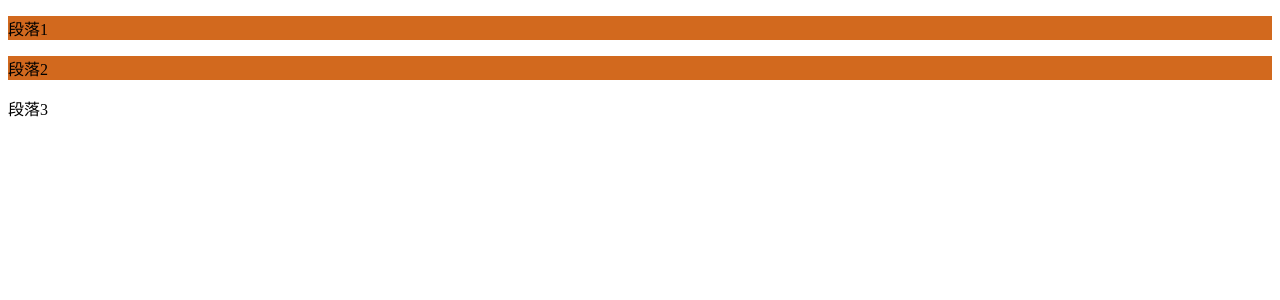
Repository: lqcoffical/basic-frontCode
Page: democss/后代选择器.html
An editor plug-in stored every save of this project. The page is shown before and after the next save, followed by the edit.
The browser window is 1280 px wide. The pictures show the whole page.

Above is the page before, as saved 2019-10-22 21:23:34.

### democss/后代选择器.html
<!DOCTYPE html>
<html lang="en">
<head>
    <meta charset="UTF-8">
    <meta name="viewport" content="width=device-width, initial-scale=1.0">
    <meta http-equiv="X-UA-Compatible" content="ie=edge">
    <title>Document</title>
    <!-- 只想把段落1和段落2设置成同一样式 -->
    <style>
        #d1 p{
            background: chocolate;
        }
    </style>
</head>
<body>
    <div id="d1">
        <p>段落1</p>
        <div>
            <p>段落2</p>
        </div>
    </div>
    <p>段落3</p>
</body>
</html>

After the next save:
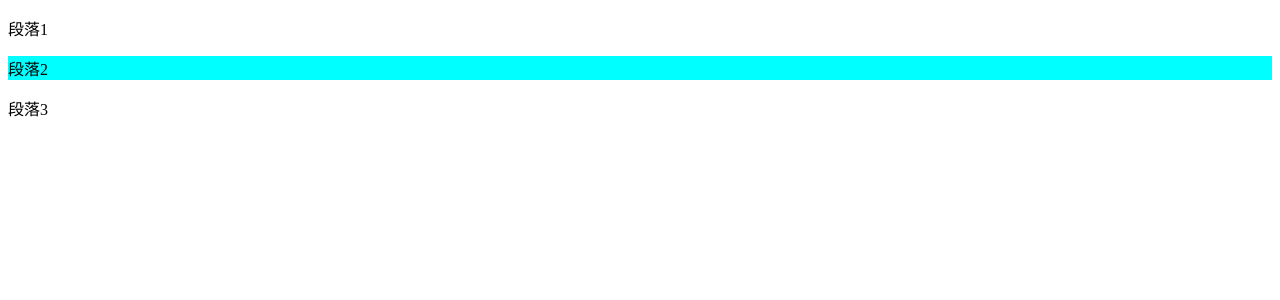
Saved 3 min 28 s later.
--- a/democss/后代选择器.html
+++ b/democss/后代选择器.html
@@ -6,9 +6,15 @@
     <meta http-equiv="X-UA-Compatible" content="ie=edge">
     <title>Document</title>
     <!-- 只想把段落1和段落2设置成同一样式 -->
-    <style>
+    <!-- <style>
         #d1 p{
             background: chocolate;
+        }
+    </style> -->
+    <!-- 只想给段落2加样式，可以进行多级选中 -->
+    <style>
+        #d1 div p{
+            background: cyan;
         }
     </style>
 </head>
